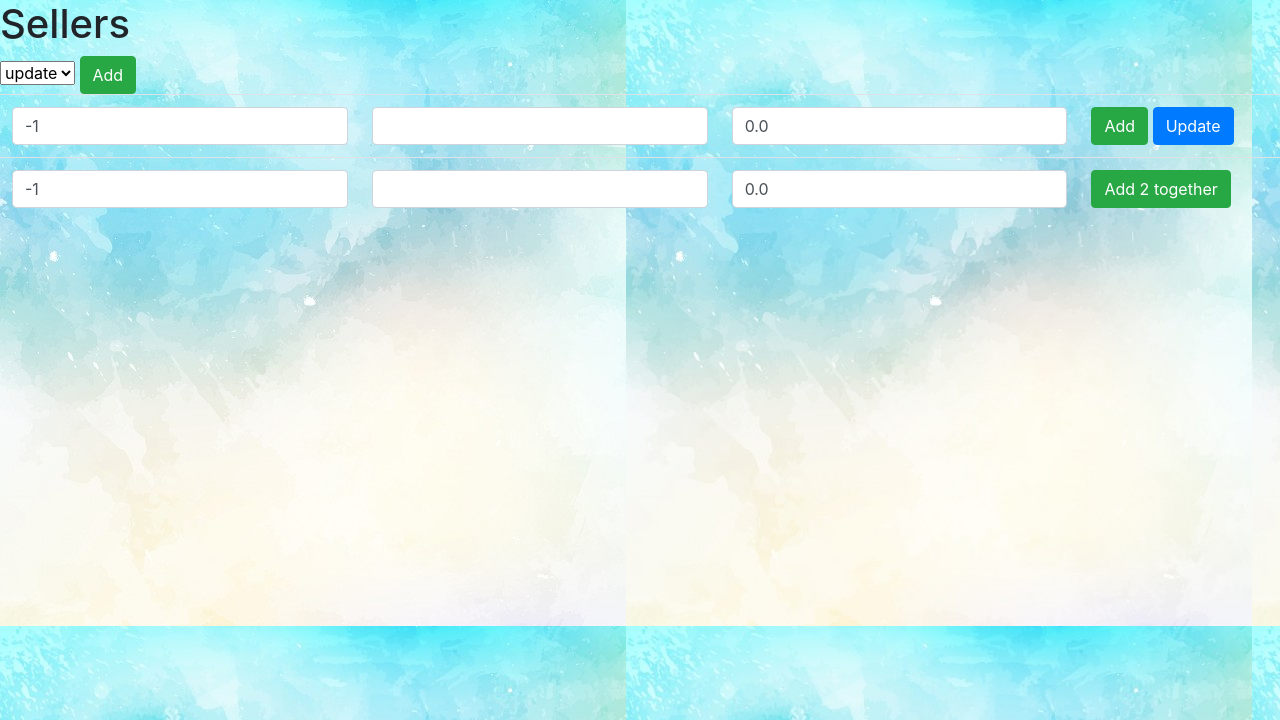
Repository: zhenyan02/HW_Projects
Page: http://localhost/bookStore/BranchWeb.jsp
The author's editor kept a copy of each file at every save. The page is drawn from the files as they stood at one save, then again after the next save.
The browser window is 1280 px wide. The pictures show the whole page.
The page is served by Tomcat 9. Queries for data that is not in the repository find no rows.

Above is the page before, as saved 2018-11-24 23:28:44.

After the next save:
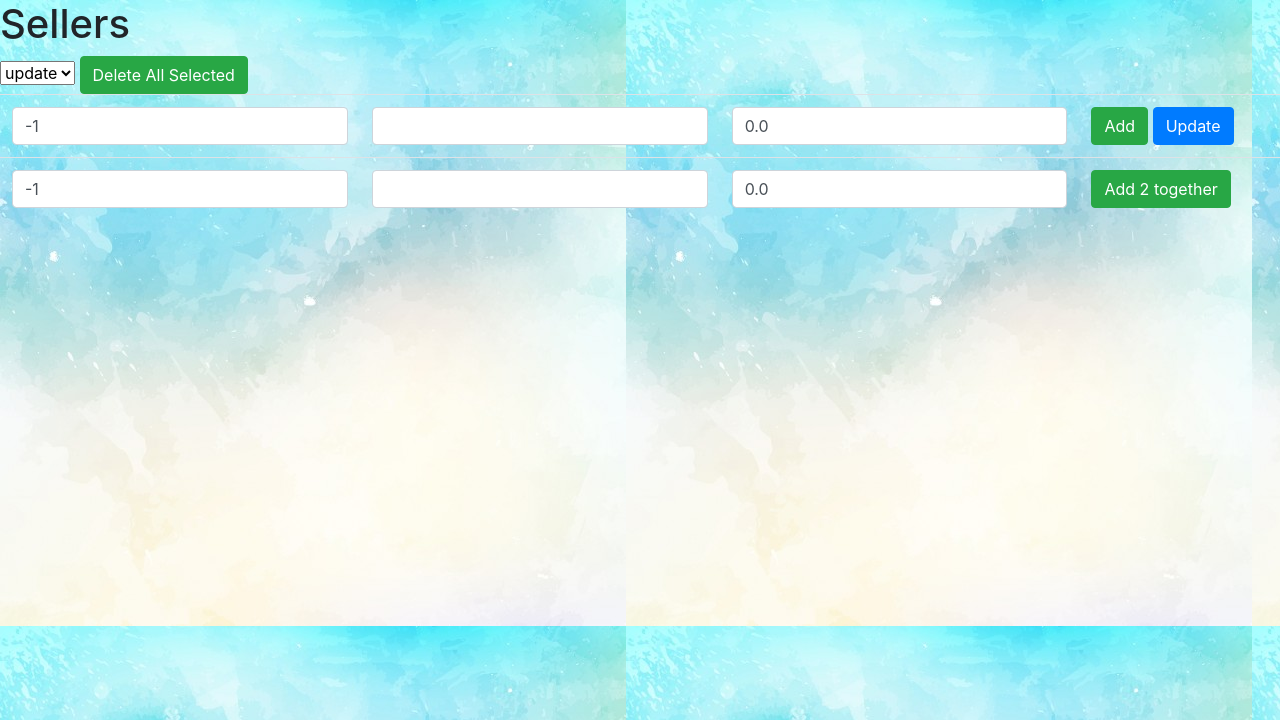
Saved 62 s later.
--- a/582_Final Project_JavaScript/bookStore/WebContent/BranchWeb.jsp
+++ b/582_Final Project_JavaScript/bookStore/WebContent/BranchWeb.jsp
@@ -15,8 +15,8 @@
 			<option>delete</option>
 			<option>add</option>
 			</select>
-				<button class="btn btn-success" name="action" value="create">
-					Add
+				<button class="btn btn-success" name="action" value="deleteAll">
+					Delete All Selected
 				</button>
 <%
 	SellerDAO dao = new SellerDAO();
